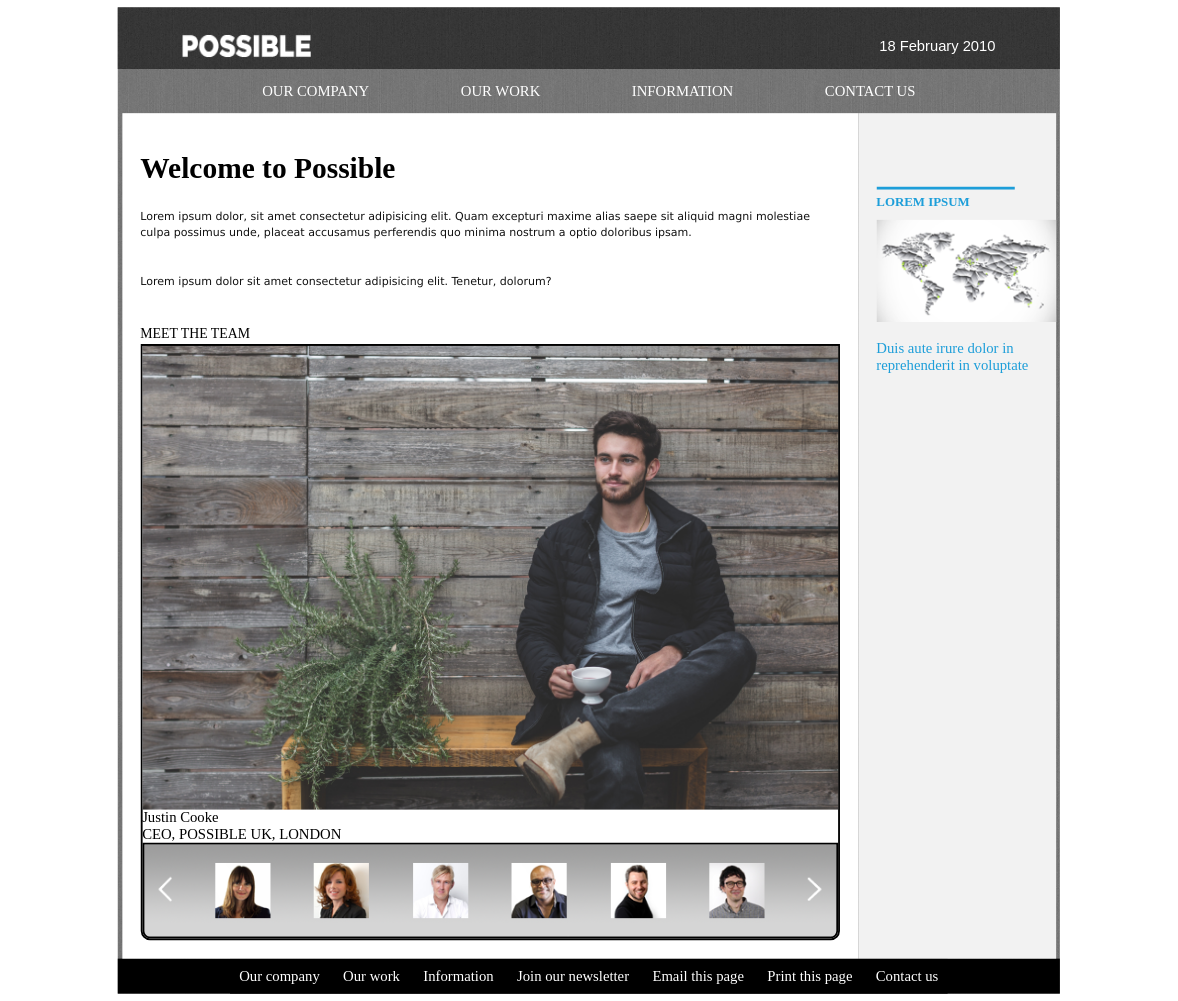
Repository: grzegorzgebala/possible-site
Page: index.html
These files come from the project's save history. The page is drawn as it stood at one moment and after the next save; the edit follows.
The browser window is 1280 px wide. The pictures show the whole page, at 92% of full size.
The style sheet was rebuilt from its Sass, Less or Tailwind sources for each picture, by a compiler version that may differ from the author's.

Above is the page before, as saved 2020-02-16 01:09:51.

After the next save:
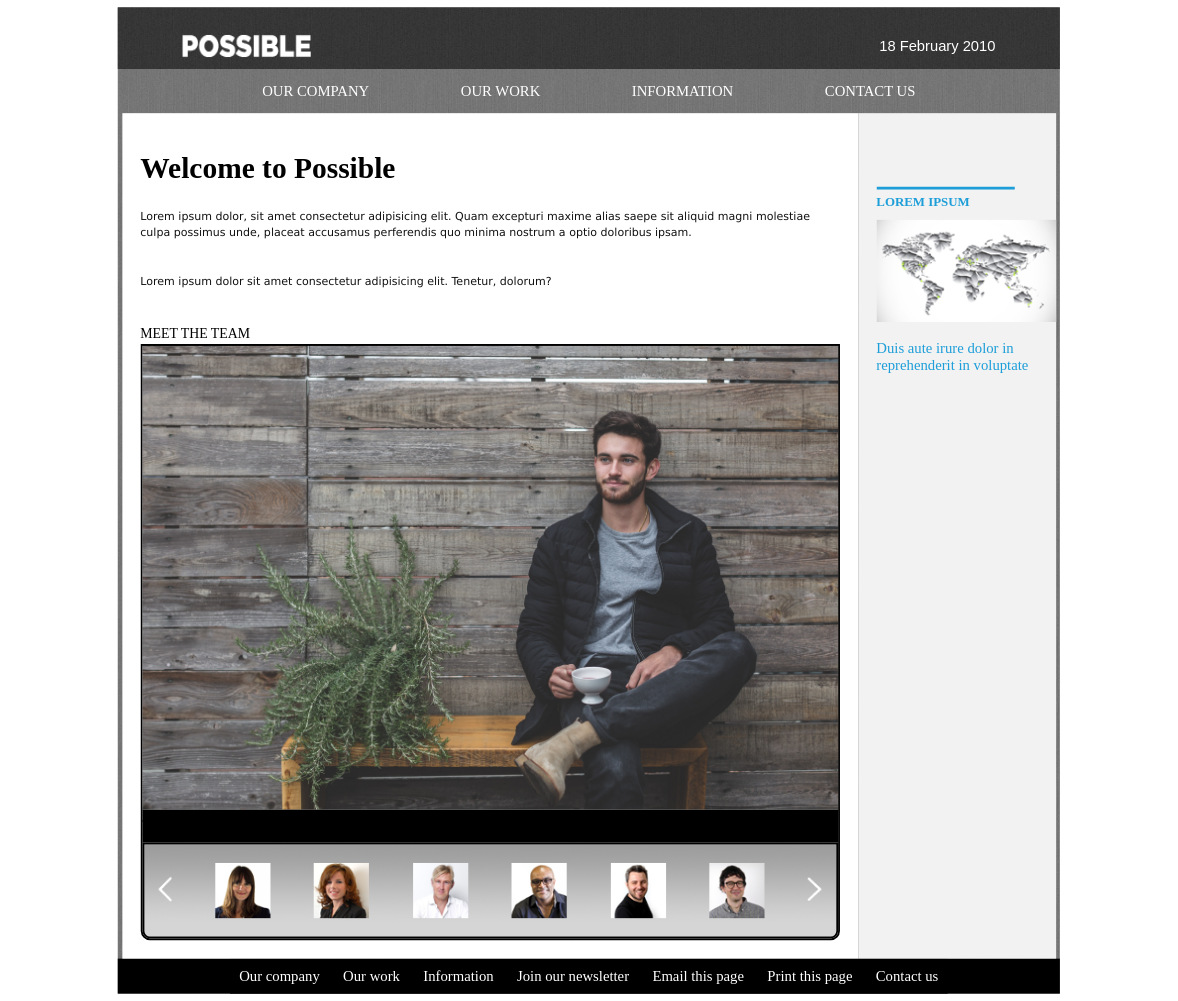
Saved 28 s later.
--- a/index.html
+++ b/index.html
@@ -27,7 +27,7 @@
                     <div class="meetTitle">Meet the team</div>
                     <div class="carousel">
                         <img id="big" src="/images/employees/picture1.png" alt="possible logo">
-                        <div>
+                        <div class="descriptor">
                             <div>Justin Cooke</div>
                             <div>CEO, POSSIBLE UK, LONDON</div>
                         </div>
